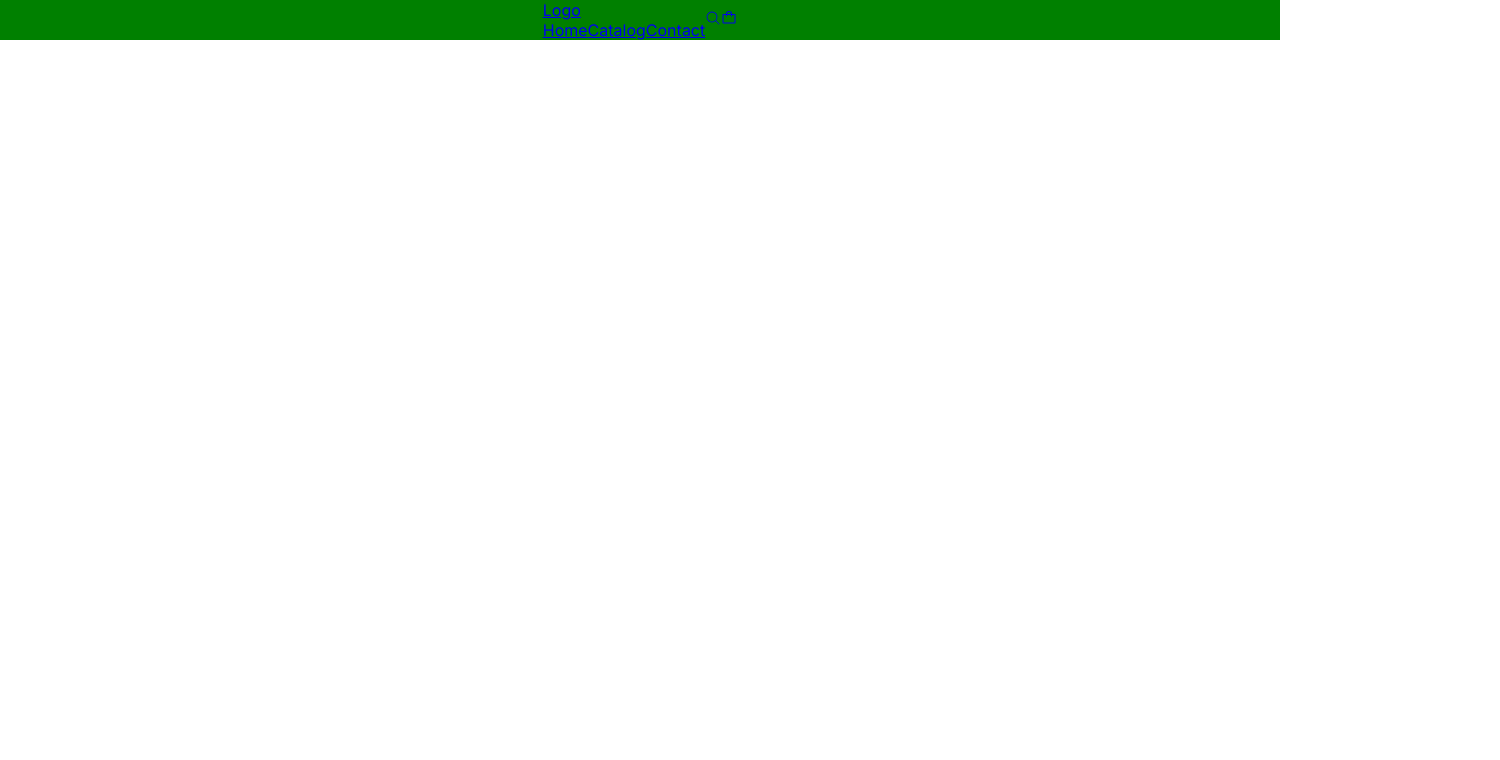
Repository: David-Waite/ecommercefrontendTemplate
Page: /
The author's editor kept a copy of each file at every save. The page is drawn from the files as they stood at one save, then again after the next save.
The browser window is 1280 px wide. The page is 1280 px wide, then 1500 px, so the pictures cover 1500 px, including what lies to the right of the window. The pictures show the whole page.
The project was rebuilt for these pictures with package versions that can differ from the ones it lists, and the page was loaded fresh each time. The framework's server and built-in components were replaced by stand-ins that run in the browser. Also part of the build but not shown: next.config.js.

Above is the page before, as saved 2023-08-24 17:15:27.

After the next save:
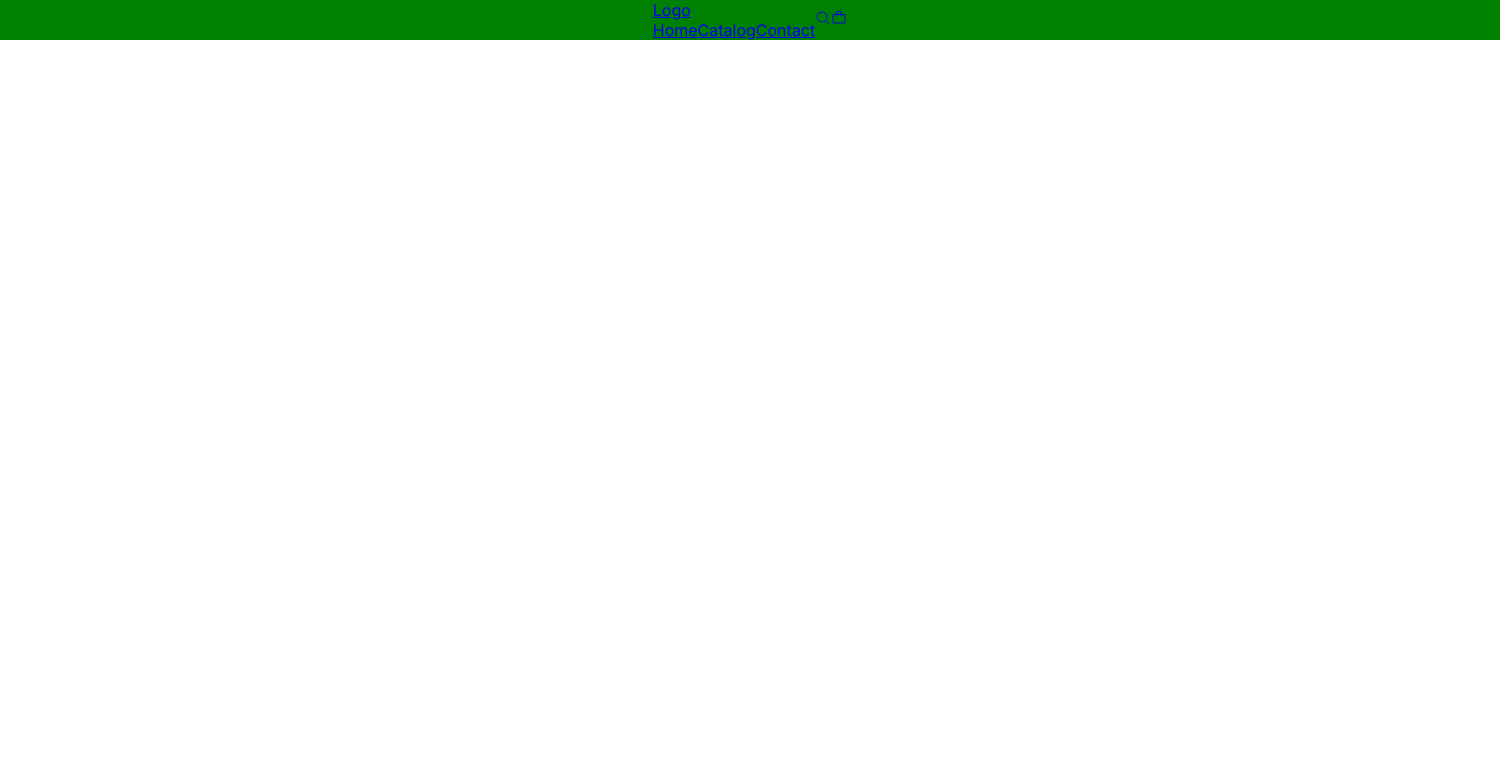
Saved 7 s later.
--- a/app/Components/Nav/Nav.module.css
+++ b/app/Components/Nav/Nav.module.css
@@ -4,4 +4,5 @@
   justify-content: center;
   margin: 0 auto;
   background-color: green;
+  width: 1500px;
 }
